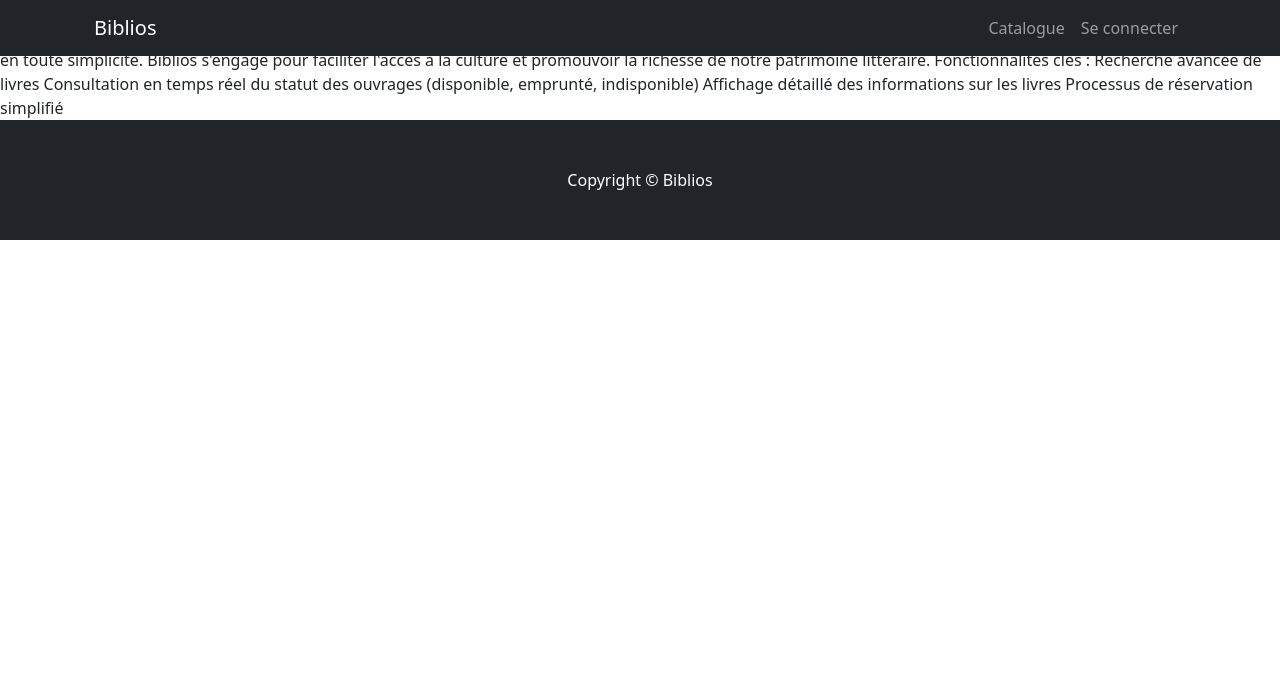
Repository: Dydja/Biblios
Page: templates/main/index.html.twig
The author's editor kept a copy of each file at every save. The page is drawn from the files as they stood at one save, then again after the next save.
The browser window is 1280 px wide. The pictures show the whole page.
The page is a Twig template of a Symfony application; nobody is signed in and links lead nowhere. Other server files are loaded and not shown. The template is opened directly, without the code that normally fills it, so the values that code supplies are empty.

Above is the page before, as saved 2024-08-04 00:24:59.

### templates/main/index.html.twig
{% extends 'base.html.twig' %}

{% block title %}Hello MainController!{% endblock %}

{% block body %}


<div class="example-wrapper">
    Biblios

    Catalogue en ligne de la médiathèque de Trifouillis-les-Oies

    Biblios: qu'est-ce que c'est ?

    Biblios est la plateforme officielle de consultation du catalogue de la médiathèque de Trifouillis-les-Oies. Explorez notre collection avec une recherche efficace, vérifiez la disponibilité des ouvrages en temps réel, et effectuez des réservations en toute simplicité. Biblios s'engage pour faciliter l'accès à la culture et promouvoir la richesse de notre patrimoine littéraire.

    Fonctionnalités clés :

        Recherche avancée de livres

        Consultation en temps réel du statut des ouvrages (disponible, emprunté, indisponible)

        Affichage détaillé des informations sur les livres

        Processus de réservation simplifié
</div>
{% endblock %}

### templates/base.html.twig
<!DOCTYPE html>
<html>
    <head>
        <meta charset="UTF-8">
        <title>{% block title %}Welcome!{% endblock %}</title>
        <link rel="icon" href="data:[embedded picture, 223 characters]">

        {% block stylesheets %}
        {% endblock %}

        <link href="https://cdn.jsdelivr.net/npm/bootstrap@5.0.2/dist/css/bootstrap.min.css" rel="stylesheet" integrity="sha384-EVSTQN3/azprG1Anm3QDgpJLIm9Nao0Yz1ztcQTwFspd3yD65VohhpuuCOmLASjC" crossorigin="anonymous">

        {% block javascripts %}
            {% block importmap %}{{ importmap('app') }}{% endblock %}
        {% endblock %}
    </head>
    <body id="page-top">
        <!-- Navigation-->
        <nav class="navbar navbar-expand-lg navbar-dark bg-dark fixed-top" id="mainNav">
            <div class="container px-4">
                <a class="navbar-brand" href="#page-top">Biblios</a>
                <button class="navbar-toggler" type="button" data-bs-toggle="collapse" data-bs-target="#navbarResponsive" aria-controls="navbarResponsive" aria-expanded="false" aria-label="Toggle navigation"><span class="navbar-toggler-icon"></span></button>
                <div class="collapse navbar-collapse" id="navbarResponsive">
                    <ul class="navbar-nav ms-auto">
                        <li class="nav-item"><a class="nav-link" href="#">Catalogue</a></li>
                        <li class="nav-item"><a class="nav-link" href="#">Se connecter</a></li>
                    </ul>
                </div>
            </div>
        </nav>
        {% block body %}{% endblock %}
        <!-- Footer-->
        <footer class="py-5 bg-dark">
            <div class="container px-4"><p class="m-0 text-center text-white">Copyright &copy; Biblios</p></div>
        </footer>
    </body>
</html>

After the next save:
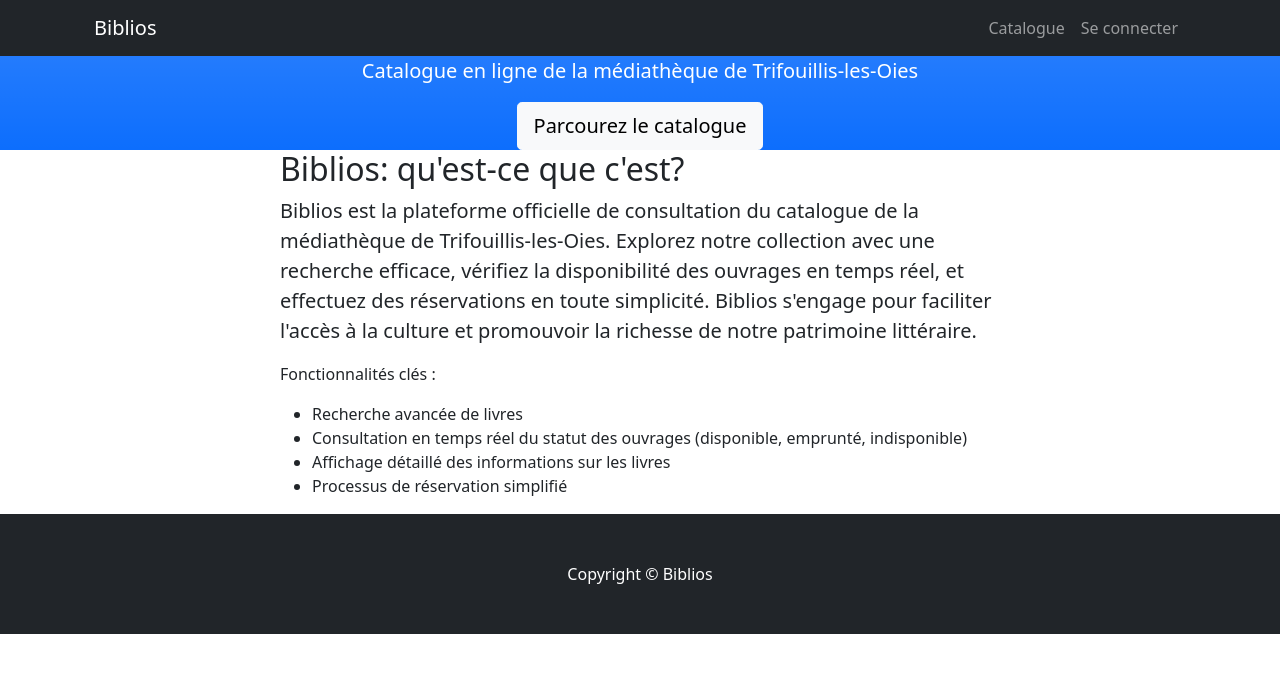
Saved 4 min 54 s later.
--- a/templates/main/index.html.twig
+++ b/templates/main/index.html.twig
@@ -4,24 +4,30 @@
 
 {% block body %}
 
-
-<div class="example-wrapper">
-    Biblios
-
-    Catalogue en ligne de la médiathèque de Trifouillis-les-Oies
-
-    Biblios: qu'est-ce que c'est ?
-
-    Biblios est la plateforme officielle de consultation du catalogue de la médiathèque de Trifouillis-les-Oies. Explorez notre collection avec une recherche efficace, vérifiez la disponibilité des ouvrages en temps réel, et effectuez des réservations en toute simplicité. Biblios s'engage pour faciliter l'accès à la culture et promouvoir la richesse de notre patrimoine littéraire.
-
-    Fonctionnalités clés :
-
-        Recherche avancée de livres
-
-        Consultation en temps réel du statut des ouvrages (disponible, emprunté, indisponible)
-
-        Affichage détaillé des informations sur les livres
-
-        Processus de réservation simplifié
-</div>
+<!-- Header-->
+    <header class="bg-primary bg-gradient text-white">
+        <div class="container px-4 text-center">
+            <h1 class="fw-bolder">Biblios</h1>
+            <p class="lead">Catalogue en ligne de la médiathèque de Trifouillis-les-Oies</p>
+            <a class="btn btn-lg btn-light" href="#">Parcourez le catalogue</a>
+        </div>
+    </header>
+    <!-- About section-->
+    <section id="about">
+        <div class="container px-4">
+            <div class="row gx-4 justify-content-center">
+                <div class="col-lg-8">
+                    <h2>Biblios: qu'est-ce que c'est?</h2>
+                    <p class="lead">Biblios est la plateforme officielle de consultation du catalogue de la médiathèque de Trifouillis-les-Oies. Explorez notre collection avec une recherche efficace, vérifiez la disponibilité des ouvrages en temps réel, et effectuez des réservations en toute simplicité. Biblios s'engage pour faciliter l'accès à la culture et promouvoir la richesse de notre patrimoine littéraire.</p>
+                    <p>Fonctionnalités clés :</p>
+                    <ul>
+                        <li>Recherche avancée de livres</li>
+                        <li>Consultation en temps réel du statut des ouvrages (disponible, emprunté, indisponible)</li>
+                        <li>Affichage détaillé des informations sur les livres</li>
+                        <li>Processus de réservation simplifié</li>
+                    </ul>
+                </div>
+            </div>
+        </div>
+    </section>
 {% endblock %}
